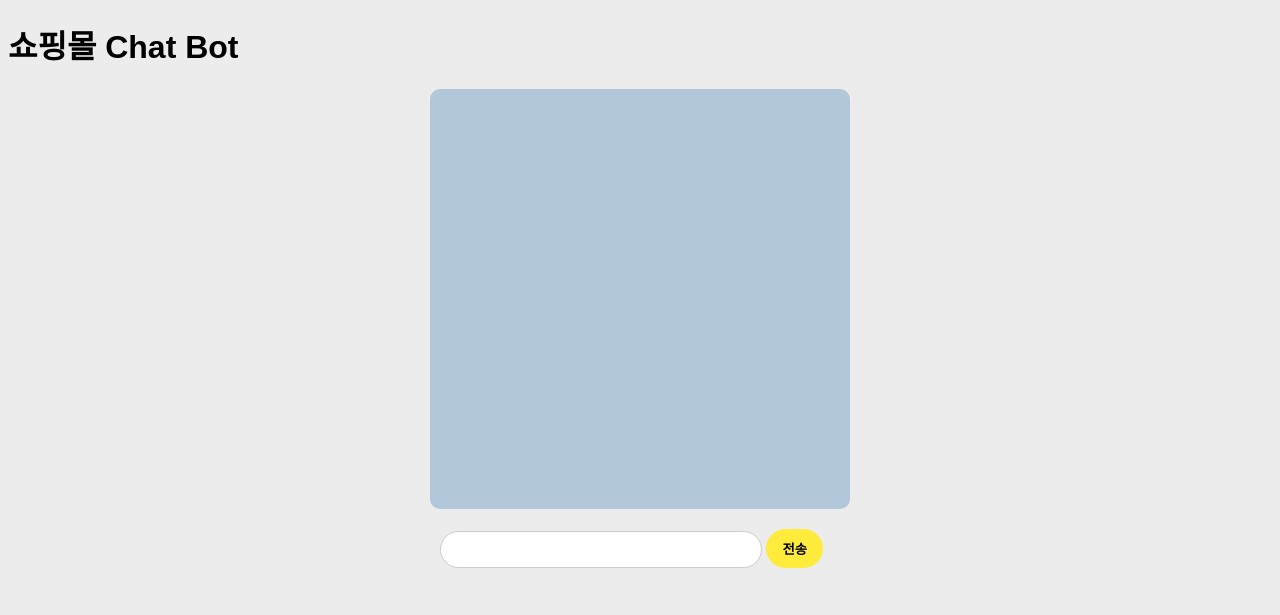
Repository: snowballnote/springai
Page: openai0113/src/main/resources/static/chat.html
The author's editor kept a copy of each file at every save. The page is drawn from the files as they stood at one save, then again after the next save.
The browser window is 1280 px wide. The pictures show the whole page.

Above is the page before, as saved 2026-01-14 05:29:44.

After the next save:
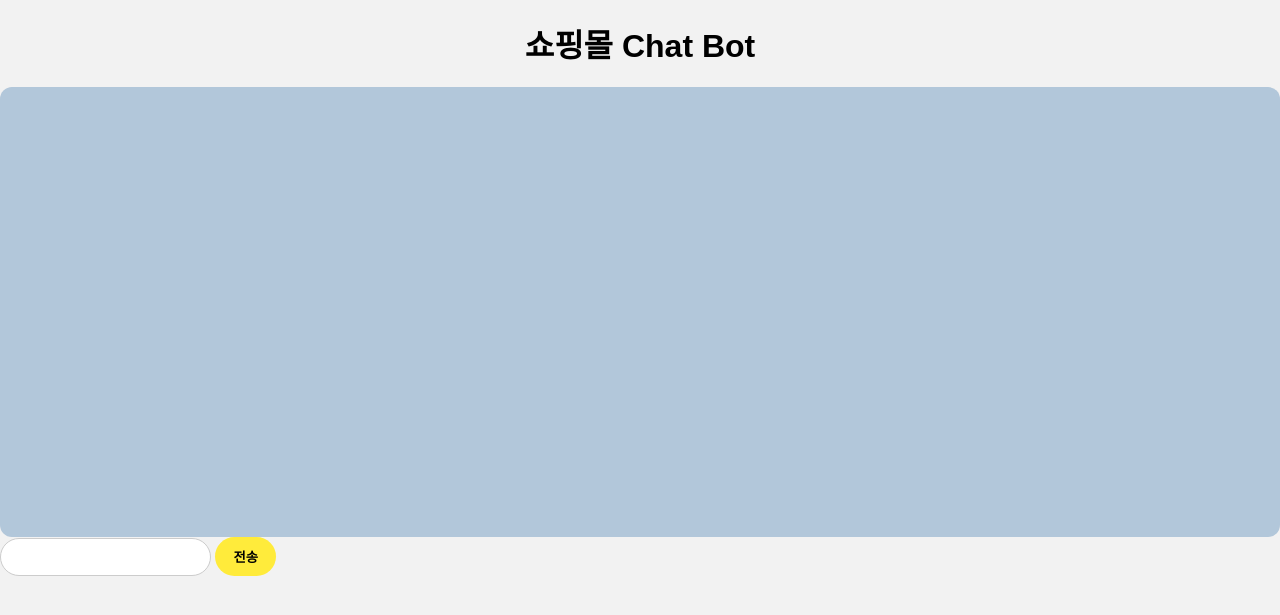
Saved 2 min 48 s later.
--- a/openai0113/src/main/resources/static/chat.html
+++ b/openai0113/src/main/resources/static/chat.html
@@ -7,27 +7,41 @@
 
 <style>
     body {
+        margin: 0;
+        padding: 0;
         font-family: Arial, sans-serif;
-        background-color: #ececec;
+        background-color: #f2f2f2;
     }
 
+    h1 {
+        text-align: center;
+        margin-top: 20px;
+    }
+
+    /* 전체 챗 컨테이너 */
+    .chat-wrapper {
+        width: 420px;
+        margin: 20px auto;
+    }
+
+    /* 채팅 박스 */
     #chatBox {
-        width: 400px;
-        height: 400px;
-        margin: 20px auto;
-        padding: 10px;
-        background-color: #b2c7da; /* 카카오톡 배경 */
+        height: 450px;
+        background-color: #b2c7da;
+        padding: 15px;
         overflow-y: auto;
-        border-radius: 10px;
+        border-radius: 12px;
+        box-sizing: border-box;
     }
 
     /* 공통 말풍선 */
     .chat {
         max-width: 70%;
         padding: 10px 14px;
-        border-radius: 16px;
-        margin-bottom: 10px;
+        border-radius: 18px;
+        margin-bottom: 12px;
         line-height: 1.4;
+        word-break: break-word;
         clear: both;
     }
 
@@ -46,23 +60,31 @@
     }
 
     /* 입력 영역 */
+    .input-area {
+        display: flex;
+        margin-top: 10px;
+        gap: 8px;
+    }
+
     #userMessage {
-        width: 300px;
-        padding: 10px;
+        flex: 1;
+        padding: 10px 14px;
         border-radius: 20px;
         border: 1px solid #ccc;
-        margin-left: calc(50% - 200px);
+        outline: none;
+        font-size: 14px;
     }
 
     #sendBtn {
-        padding: 10px 16px;
+        padding: 10px 18px;
         border-radius: 20px;
         border: none;
         background-color: #ffeb3b;
+        font-weight: bold;
         cursor: pointer;
-        font-weight: bold;
     }
 </style>
+
 
 </head>
 <body>
